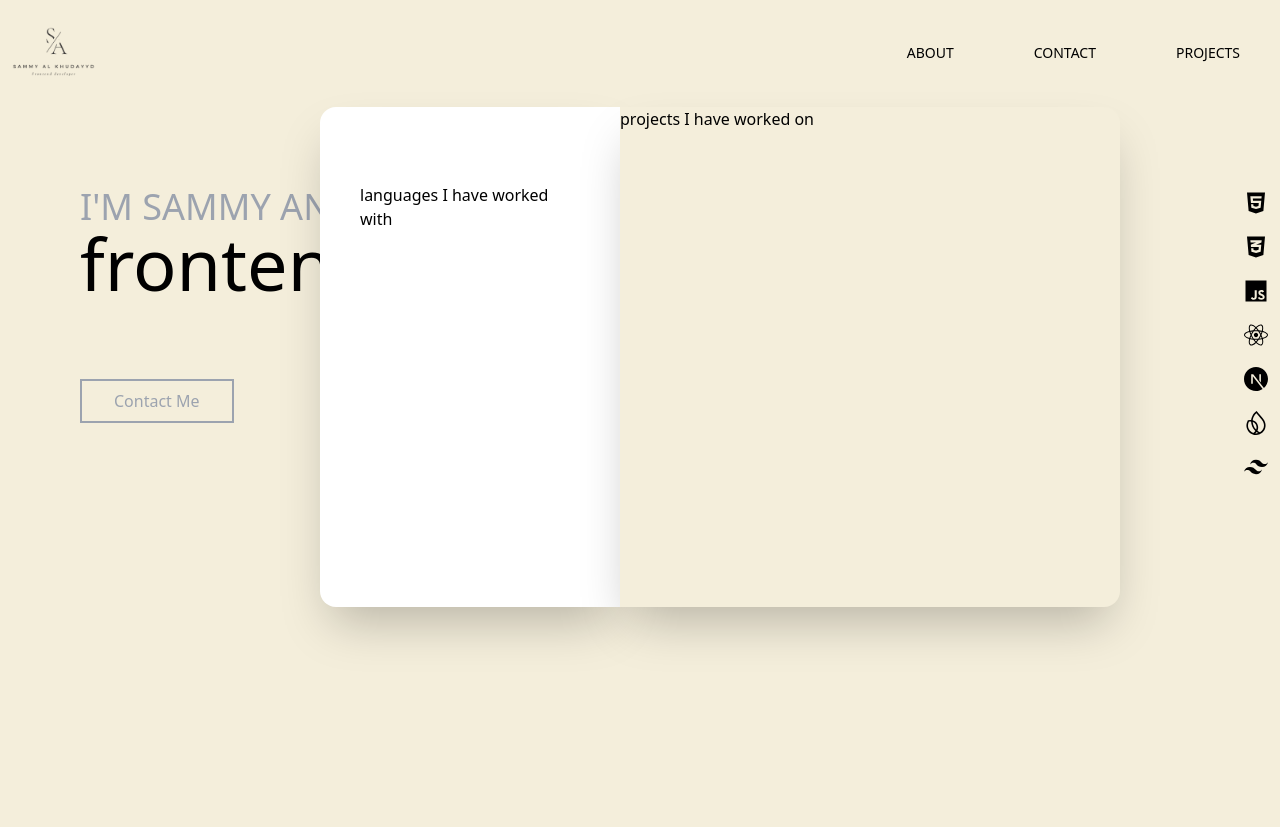
Repository: Al123Kudayyd/myportfolio
Page: /
The author's editor kept a copy of each file at every save. The page is drawn from the files as they stood at one save, then again after a run of saves.
The browser window is 1280 px wide. The pictures show the whole page.
The project was rebuilt for these pictures with package versions that can differ from the ones it lists, and the page was loaded fresh each time. Also part of the build but not shown: src/components/model.js.

Above is the page before, as saved 2024-02-21 13:50:25.

After the next 2 saves:
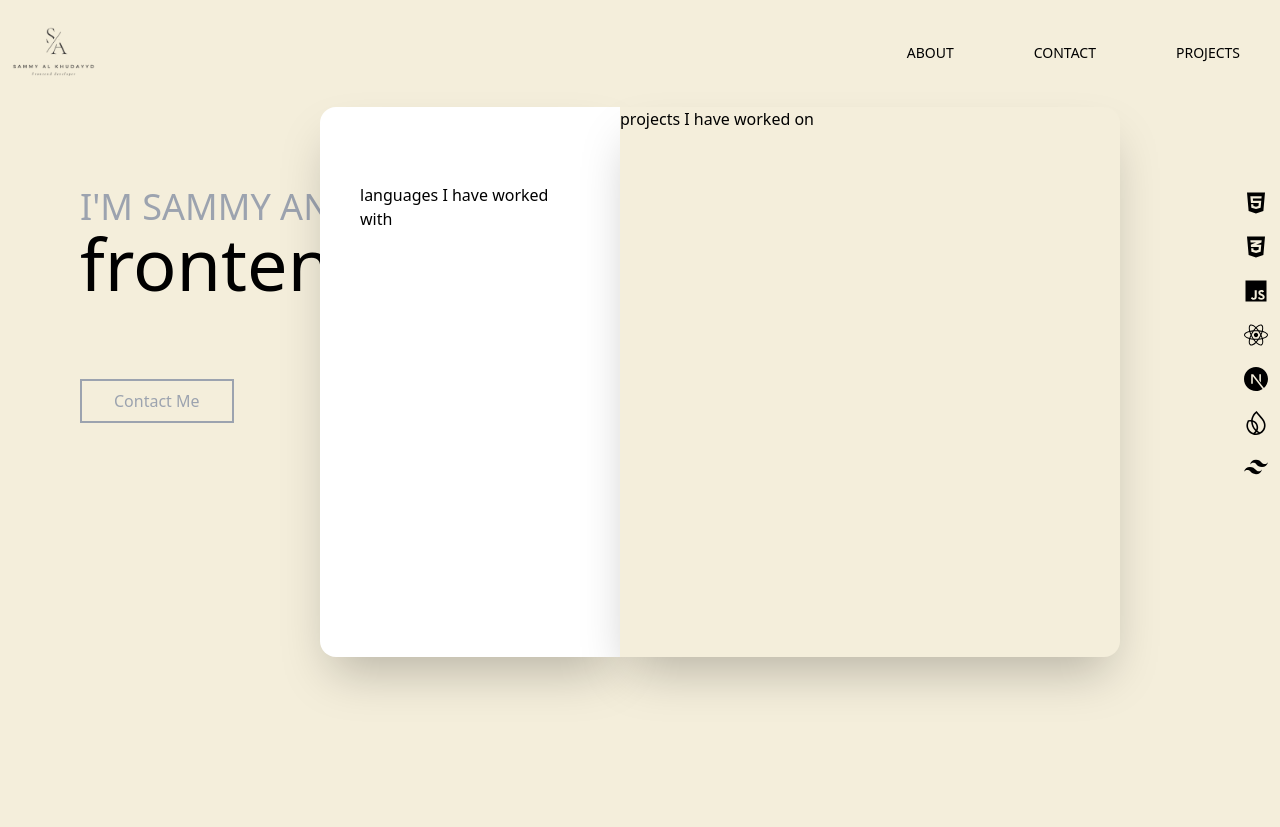
The 2 saves are shown as one change because they came seconds apart.
The last was saved 22 s later.
--- a/src/components/Projects.jsx
+++ b/src/components/Projects.jsx
@@ -4,10 +4,10 @@ function Projects() {
   return (
     <div className='absolute top-0 left-[25%]'>
         <div className='flex justify-center items-center'>
-            <div className='shadow-2xl bg-white w-[300px] h-[500px] rounded-l-2xl px-[40px] py-[76px]'>
+            <div className='shadow-2xl bg-white w-[300px] h-[550px] rounded-l-2xl px-[40px] py-[76px]'>
                 <h1>languages I have worked with</h1>
             </div>
-            <div className='shadow-2xl bg-[#f4eedb] w-[500px] h-[500px] rounded-r-2xl'>
+            <div className='shadow-2xl bg-[#f4eedb] w-[500px] h-[550px] rounded-r-2xl'>
                 <h1>projects I have worked on</h1>
             </div>
         </div>
